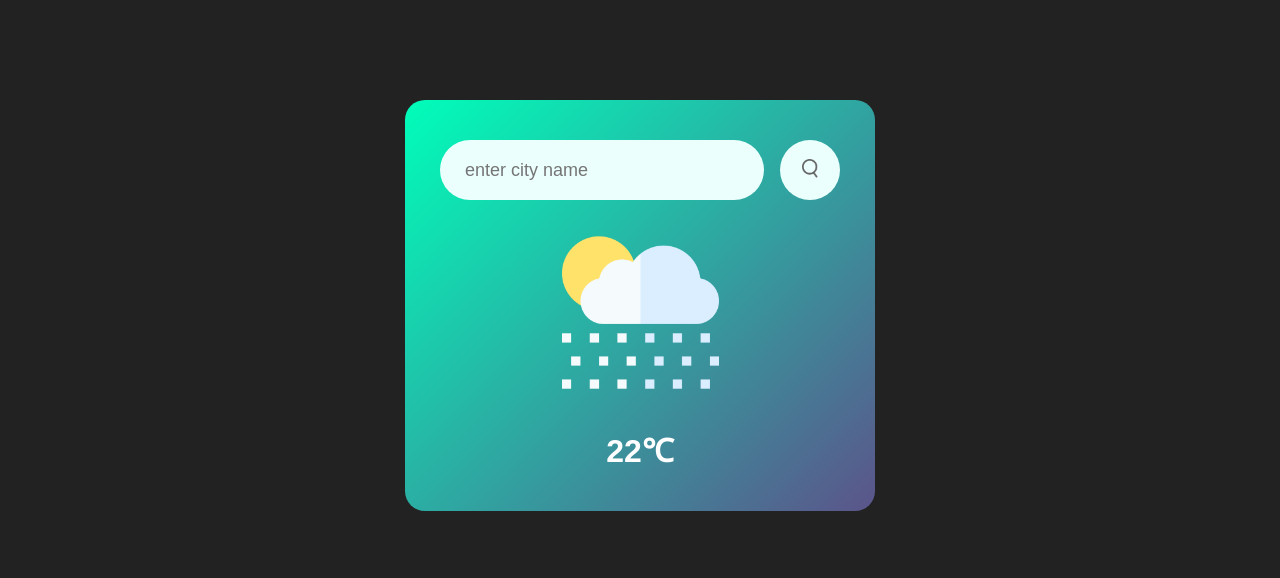
Repository: Alphosmart/weather
Page: index.html
An editor plug-in stored every save of this project. The page is shown before and after the next save, followed by the edit.
The browser window is 1280 px wide. The pictures show the whole page.

Above is the page before, as saved 2024-07-17 16:33:05.

After the next save:
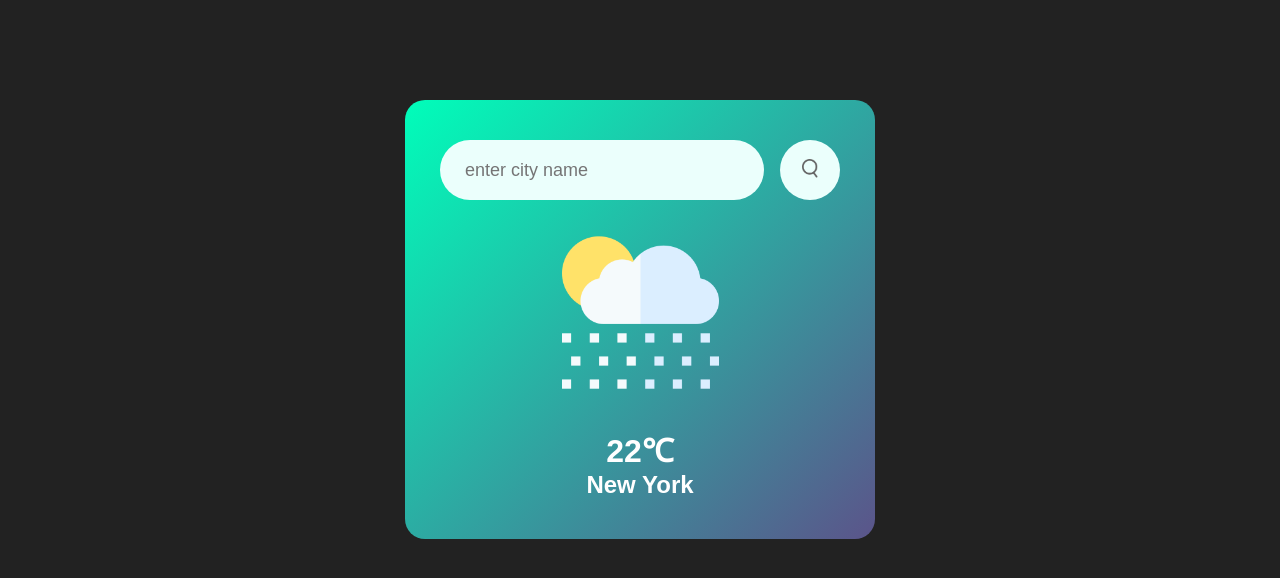
Saved 34 s later.
--- a/index.html
+++ b/index.html
@@ -15,6 +15,7 @@
       <div class="weather">
         <img src="images/rain.png" class="weather-icon" />
         <h1 class="temp">22℃</h1>
+        <h2 class="city">New York</h2>
       </div>
     </div>
   </body>
